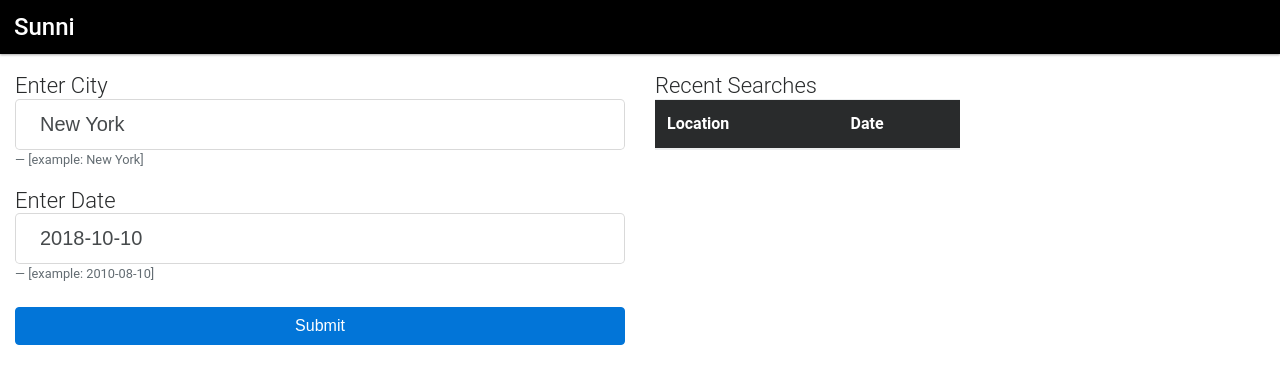
Repository: Oakga/Weather_app
Page: index.html
These files come from the project's save history. The page is drawn as it stood at one moment and after the next save; the edit follows.
The browser window is 1280 px wide. The pictures show the whole page.

Above is the page before, as saved 2017-09-22 06:43:09.

After the next save:
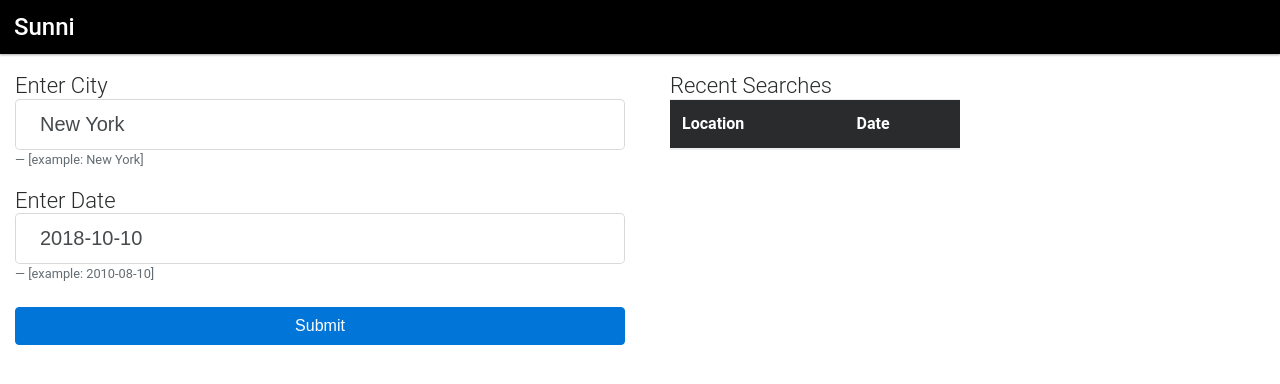
Saved 79 s later.
--- a/index.html
+++ b/index.html
@@ -27,17 +27,21 @@
                 <div id="weather-component"></div>
             </div>
             <div class="col">
-                <h2>Recent Searches</h2>
-                <table class="table">
-                    <thead class="thead-inverse">
-                        <tr>
-                            <th>Location</th>
-                            <th>Date</th>
-                        </tr>
-                    </div>
+                <div class="container-fluid">
+                    <h2>Recent Searches</h2>
+                    <table class="table">
+                        <thead class="thead-inverse">
+                            <tr>
+                                <th>Location</th>
+                                <th>Date</th>
+                            </tr>
+                        </thead>
+                    </table>
                 </div>
             </div>
         </div>
-        <script src="js/main.js"></script>
-    </body>
-    </html>
+    </div>
+</div>
+<script src="js/main.js"></script>
+</body>
+</html>
